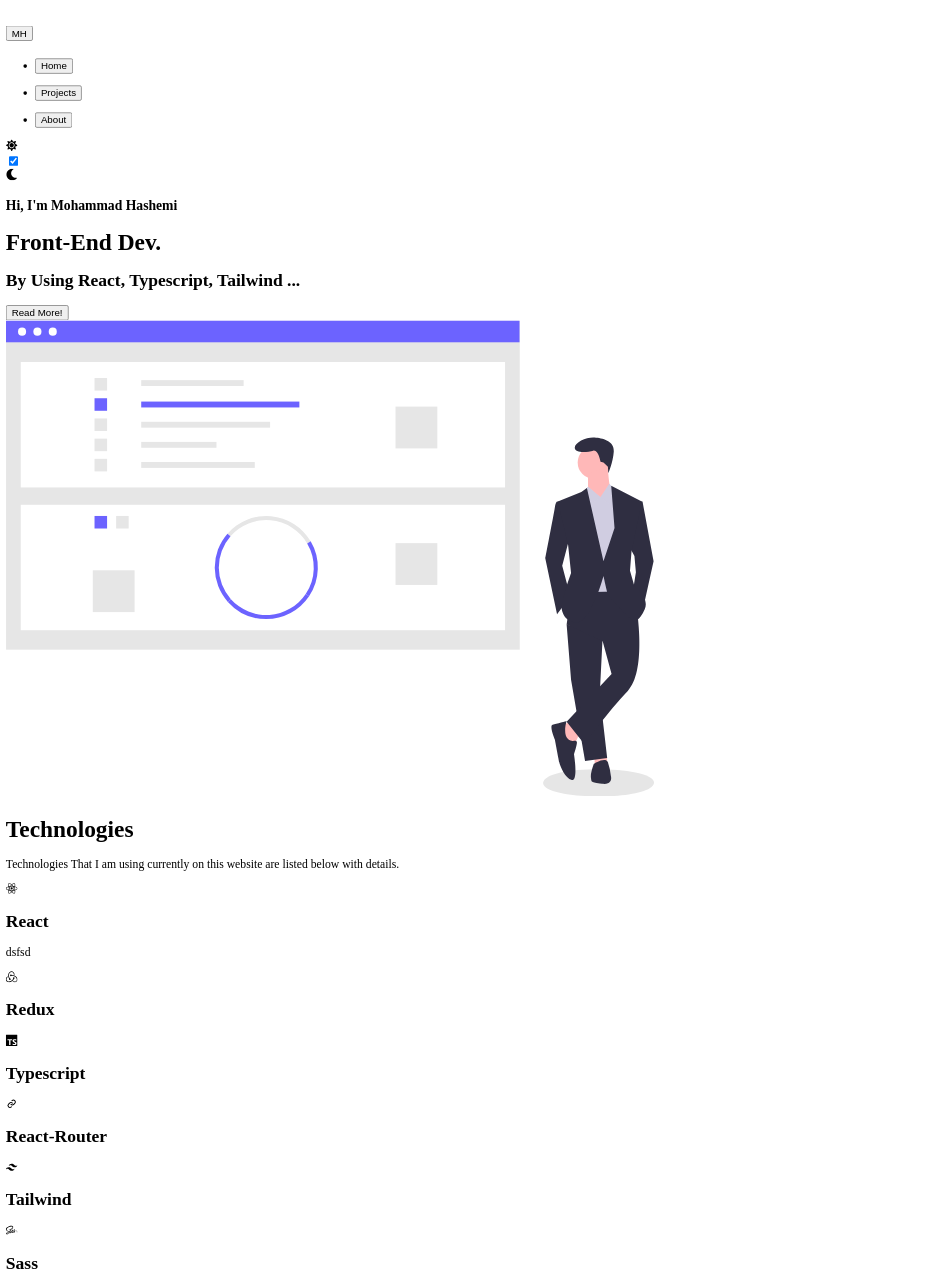
Repository: SMohammadH/react-typescript-tailwind
Page: /
The author's editor kept a copy of each file at every save. The page is drawn from the files as they stood at one save, then again after the next save.
The browser window is 1280 px wide. The pictures show the whole page, at 73% of full size.
The project was rebuilt for these pictures with package versions that can differ from the ones it lists, and the page was loaded fresh each time. Also part of the build but not shown: craco.config.js.

Above is the page before, as saved 2021-02-03 09:11:34.

After the next save:
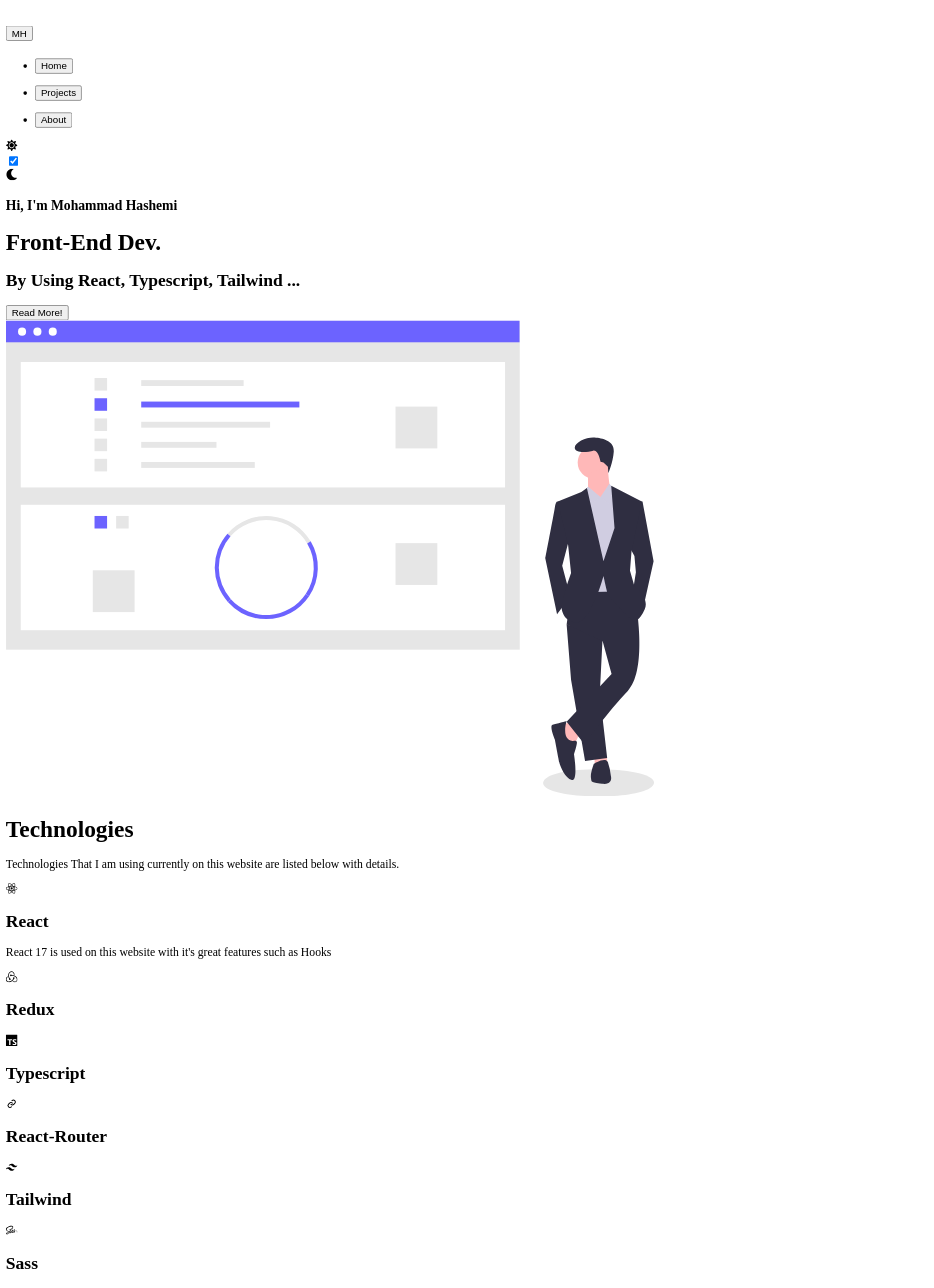
Saved 90 s later.
--- a/src/components/SecondSection.tsx
+++ b/src/components/SecondSection.tsx
@@ -4,7 +4,9 @@
 import { BiLink } from 'react-icons/bi';
 
 const text = [
-  { react: 'dsfsd' },
+  {
+    react: `React 17 is used on this website with it's great features such as Hooks `,
+  },
   { redux: 'sdfsdf' },
   { typescript: 'sdfsdf' },
   { reactRouter: 'sdfsdf' },
